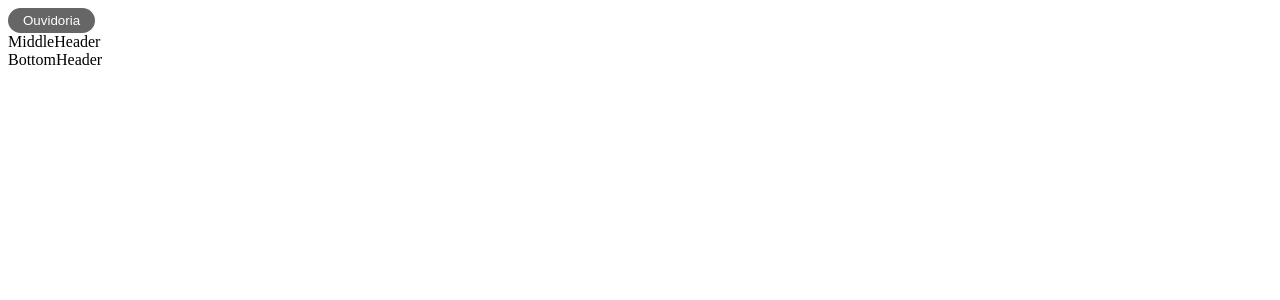
Repository: YuriSarmanho/prodepaSite
Page: / (app in prodepa-site/)
An editor plug-in stored every save of this project. The page is shown before and after a run of saves, followed by the edit.
The browser window is 1280 px wide. The pictures show the whole page.
The project was rebuilt for these pictures with package versions that can differ from the ones it lists, and the page was loaded fresh each time. Also part of the build but not shown: prodepa-site/src/App.css.

Above is the page before, as saved 2022-12-19 14:21:02.

### prodepa-site/public/index.html
<!DOCTYPE html>
<html lang="en">
  <head>
    <meta charset="utf-8" />
    <link rel="icon" href="%PUBLIC_URL%/favicon.ico" />
    <meta name="viewport" content="width=device-width, initial-scale=1" />
    <meta name="theme-color" content="#000000" />
    <meta
      name="description"
      content="Web site created using create-react-app"
    />
    <link rel="apple-touch-icon" href="%PUBLIC_URL%/logo192.png" />

    <link rel="manifest" href="%PUBLIC_URL%/manifest.json" />
    <title>React App</title>
  </head>
  <body>
    <div id="root"></div>
  </body>
</html>

### prodepa-site/src/App.js
import './App.css';
import Header from './sections/Header'

function App() {
  return (
    <>
      <Header/>
    </>
  );
}

export default App;

### prodepa-site/src/sections/Header/index.jsx
import React from 'react'
import TopHeader from './TopHeader'
import MiddleHeader from './MiddleHeader'
import BottomHeader from './BottomHeader'


function Header() {
  return (
    <>
        <TopHeader/>
        <MiddleHeader/>
        <BottomHeader/>
    </>
  )
}

export default Header

### prodepa-site/src/sections/Header/TopHeader/index.jsx
import React from 'react'
import TopHeaderButton from '../../../components/Buttons/TopHeaderButton'


function TopHeader() {
  return (
    <div>
      <TopHeaderButton children = {'Ouvidoria'}/>
    </div>
  )
}

export default TopHeader

### prodepa-site/src/sections/Header/MiddleHeader/index.jsx
import React from 'react'

function MiddleHeader() {
  return (
    <div>MiddleHeader</div>
  )
}

export default MiddleHeader

### prodepa-site/src/sections/Header/BottomHeader/index.jsx
import React from 'react'

function BottomHeader() {
  return (
    <div>BottomHeader</div>
  )
}

export default BottomHeader

### prodepa-site/src/components/Buttons/TopHeaderButton/index.jsx
import React from 'react'
import './index.css'

function TopHeaderButton(props) {
  return (
    <button className='topHeaderButton'>{props.children}</button>
  )
}

export default TopHeaderButton

### prodepa-site/src/components/Buttons/TopHeaderButton/index.css
.topHeaderButton {
    padding: 5px 15px;
    color: #fff;
    background-color: #666 ;
    border: none;
    border-radius: 1rem;
}

Loaded but not shown: prodepa-site/src/index.js (common file)

After the next 2 saves:
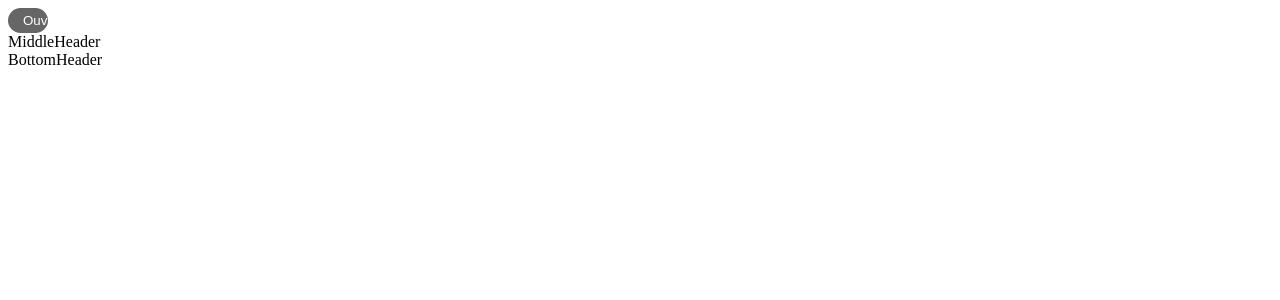
The 2 saves are shown as one change because they came seconds apart.
The last was saved 13 s later.
--- a/prodepa-site/src/components/Buttons/TopHeaderButton/index.css
+++ b/prodepa-site/src/components/Buttons/TopHeaderButton/index.css
@@ -4,4 +4,5 @@
     background-color: #666 ;
     border: none;
     border-radius: 1rem;
+    width: 40px;
 }
